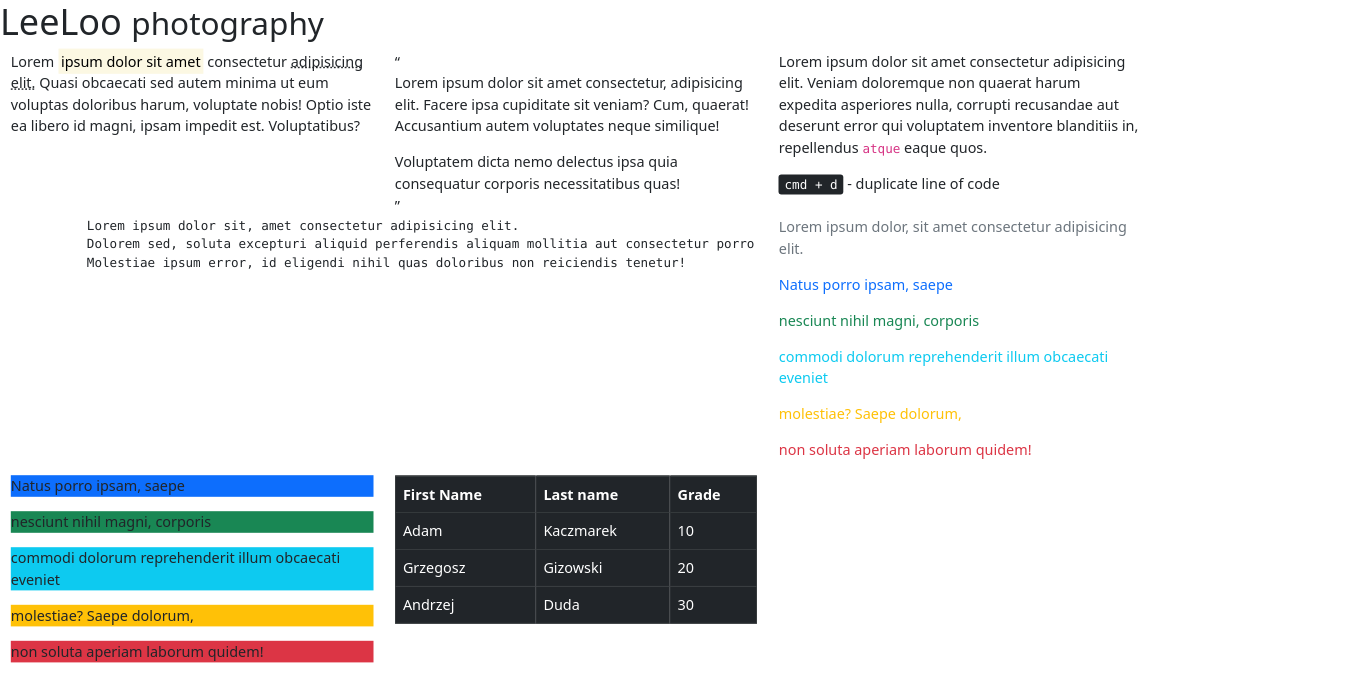
Repository: Zyzik-33/bootstrap-test
Page: index.html
These files come from the project's save history. The page is drawn as it stood at one moment and after the next save; the edit follows.
The browser window is 1280 px wide. The page is 1280 px wide, then 1505 px, so the pictures cover 1505 px, including what lies to the right of the window. The pictures show the whole page, at 90% of full size.

Above is the page before, as saved 2021-01-27 16:00:40.

After the next save:
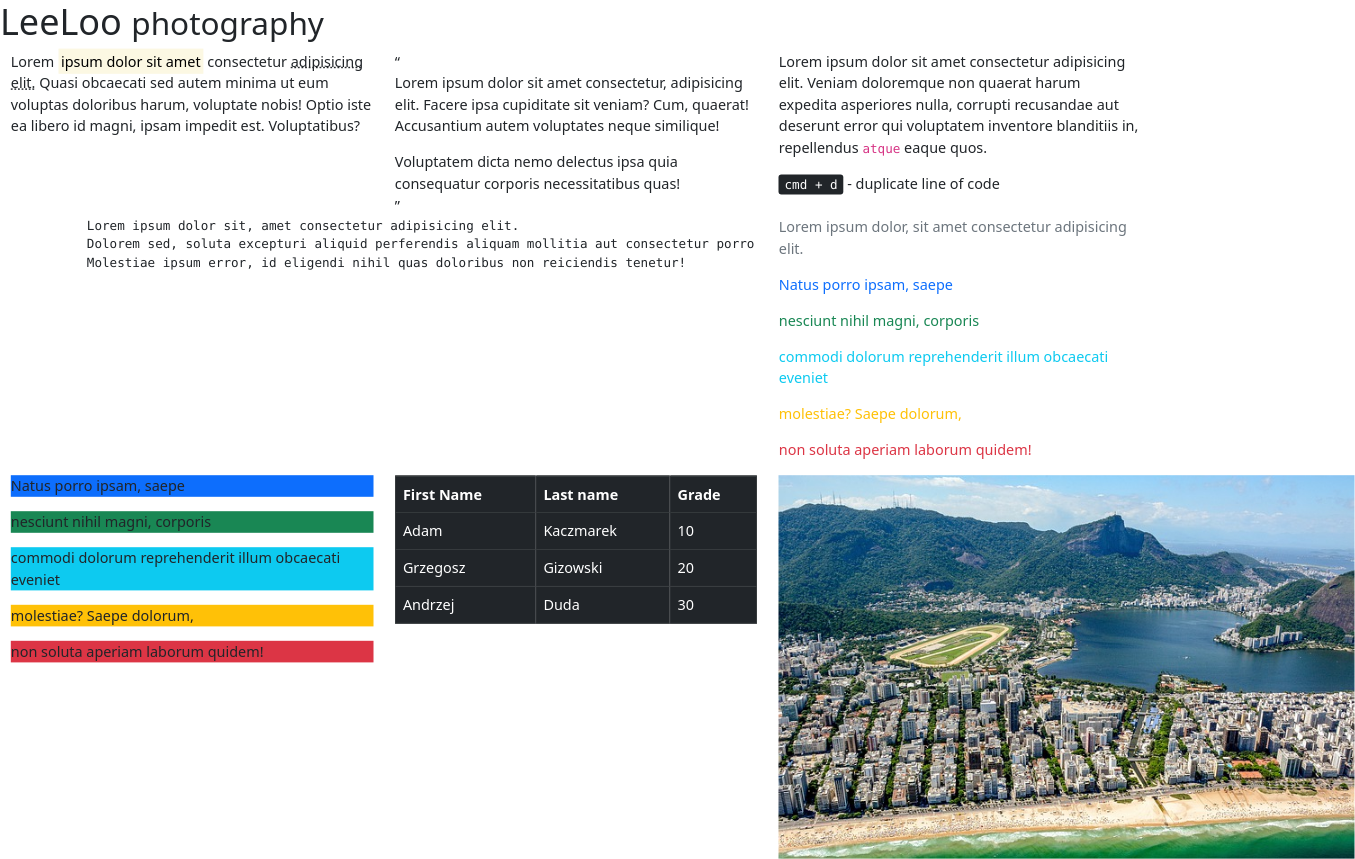
Saved 115 s later.
--- a/index.html
+++ b/index.html
@@ -92,7 +92,7 @@
         </table>
       </div>
       <div class="col-lg-4">
-
+        <img src="./assets/images/brazil-4809010_640.jpg" alt="brazil">
       </div>
     </div>
   </div>
